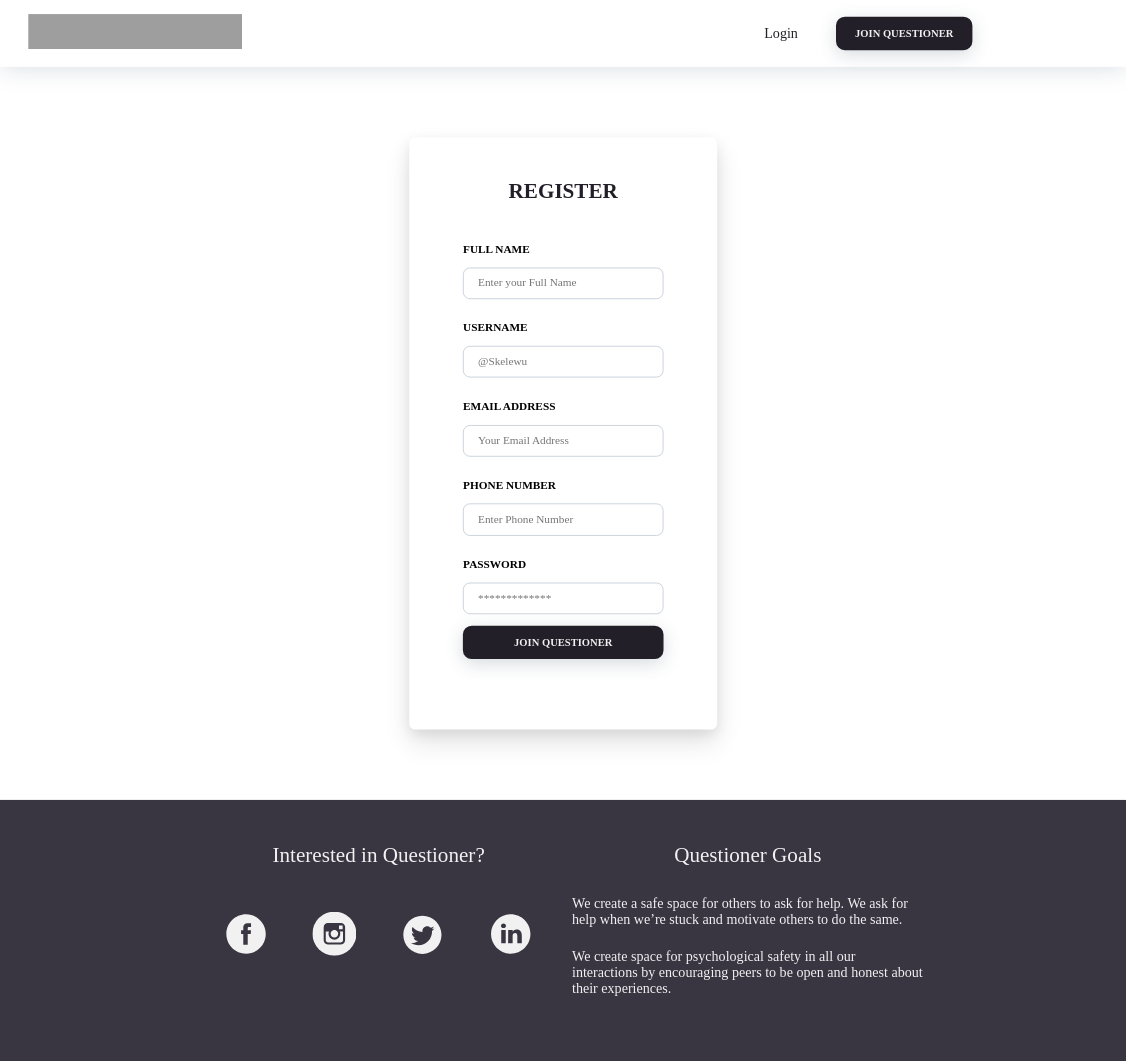
Repository: Gfreedoms/Epic-Mail
Page: pages/register.html
These files come from the project's save history. The page is drawn as it stood at one moment and after the next save; the edit follows.
The browser window is 1280 px wide. The pictures show the whole page, at 88% of full size.
Pictures or frames that could not be fetched are drawn as grey boxes. Some web fonts or font styles are not loaded; a fallback is used.

Above is the page before, as saved 2019-02-21 23:46:25.

### pages/register.html
<!DOCTYPE html>
<html lang="en">

<head>
	<meta charset="UTF-8">
	<meta name="viewport" content="width=device-width, initial-scale=1.0">
	<meta http-equiv="X-UA-Compatible" content="ie=edge">
	<link rel="apple-touch-icon" sizes="180x180" href="../assets/favicon/apple-touch-icon.png">
	<link rel="icon" type="image/png" sizes="32x32" href="../assets/favicon/favicon-32x32.png">
	<link rel="icon" type="image/png" sizes="16x16" href="../assets/favicon/favicon-16x16.png">
	<link rel="manifest" href="../assets/favicon/site.webmanifest">
	<link rel="mask-icon" href="../assets/favicon/safari-pinned-tab.svg" color="#5bbad5">
	<meta name="msapplication-TileColor" content="#da532c">
	<meta name="theme-color" content="#ffffff">
	<link rel="stylesheet" href="../styles/base.css">
	<link rel="stylesheet" href="../styles/format.css">
	<title>Register | QUESTIONER - ANDELA BOOTCAMP</title>
</head>

<body>
	<!-- Navigation Section Starts -->
	<section id="navigation">
		<nav class="navbar">
			<a href="../" id="nav-brand">
				<img src="../assets/imgs/logo.svg" alt="">
			</a>
			<ul class="nav-menu">
				<li class="visibility"><a class="hover-t" href="./meetup.html">Meetups</a></li>
				<li class="visibility"><a class="hover-t" href="./questions.html">Questions</a></li>
				<li><a class="hover-t" href="./login.html">Login</a></li>
				<li><a class="reg-btn box-sh-dark hover-lg" href="./register.html">Join Questioner</a></li>
			</ul>
			<a id="menu" href="">
				<img src="../assets/imgs/menu.svg" alt="">
			</a>
		</nav>
	</section>
	<!-- Navigation Section Ends -->

	<!-- SideBar Nav -->
	<ul id="sidebar" class="navbar-side side-hidden">
		<li><a href="./login.html">Login</a></li>
		<li><a class="" href="./register.html">Join Questioner</a></li>
	</ul>
	<!-- End SideBar Nav -->

	<div class="container">
		<div id="login-form" class="card mauto m4 p3">
			<form action="/" method="POST">
				<div class="container">
					<h3 class="md-text">Register</h3>
					<div class="m1 input">
						<label class="m1" for="name">Full Name</label>
						<input class="p1 b-rsm" type="text" name="fullName" placeholder="Enter your Full Name">
					</div>
					<div class="m1 input">
						<label class="m1" for="name">Username</label>
						<input class="p1 b-rsm" type="text" name="username" placeholder="@Skelewu">
					</div>
					<div class="m1 input">
						<label class="m1" for="name">Email Address</label>
						<input class="p1 b-rsm" type="email" name="email" placeholder="Your Email Address">
					</div>
					<div class="m1 input">
						<label class="m1" for="name">Phone Number</label>
						<input class="p1 b-rsm" type="text" name="phone" placeholder="Enter Phone Number">
					</div>
					<div class="m1 input">
						<label class="m1" for="name">Password</label>
						<input class="p1 b-rsm" type="password" name="password" placeholder="*************">
					</div>
					<div class="m2 input">
						<a class="reg-btn box-sh-dark hover-lg" href="./profile.html">Join Questioner</a>
					</div>
				</div>
			</form>
		</div>
	</div>

	<footer class="bg-secondary">
		<div class="container">
			<div class="info-about">
				<h3 class="md-text">Interested in Questioner?</h3>
				<div class="social-links">
					<a href="#!"><img src="../assets/imgs/icons/facebook.svg" alt=""></a>
					<a href="#!"><img src="../assets/imgs/icons/instagram.svg" alt=""></a>
					<a href="#!"><img src="../assets/imgs/icons/twitter.svg" alt=""></a>
					<a href="#!"><img src="../assets/imgs/icons/linkedin.svg" alt=""></a>
				</div>
			</div>
			<div class="additional-info">
				<h3 class="md-text">Questioner Goals</h3>
				<p class="sm-text">
					We create a safe space for others to ask for help.
					We ask for help when we’re stuck and motivate others to do the same.
				</p>
				<p class="sm-text">
					We create space for psychological safety in all our interactions by encouraging peers to be open and honest about
					their experiences.
				</p>
			</div>
		</div>
	</footer>
	<script src="../scripts/index.js"></script>
</body>

</html>

### styles/base.css
@import url('./fonts.css');

* {
	margin: 0;
	padding: 0;
	box-sizing: border-box;
}

a {
	color: #221F28;
	text-decoration: none;
}

#navigation {
	z-index: 1;
	background: #ffffff;
	/* background: #F1F1F2; */
	width: 100%;
	height: auto;
	padding: 1rem 2rem;
	box-shadow: 0 0 30px rgba(7, 51, 84, .17);
	-webkit-box-shadow: 0 0 30px rgba(7, 51, 84, .17);
	-moz-box-shadow: 0 0 30px rgba(7, 51, 84, .17);
}

#nav-brand img {
	height: 40px;
	width: 100%;
}

.navbar {
	display: grid;
	grid-template-columns: 20% 40%;
	grid-gap: 30%;
	align-items: center;
}

.navbar-side {
	height: 100%;
	background: #F1F1F2;
	position: absolute;
	z-index: 9999;
	width: 350px;
	/* box-shadow: 9px -1px 29px 1px; */
	box-shadow: 13px 0px 22px -10px rgba(35, 31, 41, 0.44);
	padding: 20px;
	list-style-type: none;
}

.navbar-side li {
	padding: 20px 10px;
}

.navbar-side li:hover {
	background: #221F28;
	color: #F1F1F2;
}

.navbar-side li:hover>a {
	color: #F1F1F2;
}

.navbar-side a {
	font-family: 'Circular-Book';
}

.navbar-side a:hover {
	color: #F1F1F2;
}

.side-hidden {
	margin-left: -390px;
	transition: all 0.3s ease-out;
}

.side-active {
	margin-left: 0px;
	transition: all 0.3s ease-in;
}

.nav-menu {
	list-style-type: none;
	display: flex;
	align-items: center;
}

.nav-menu li {
	justify-content: center;
	flex: auto;
	display: flex;
}

.nav-menu a {
	text-decoration: none;
}

.reg-btn {
	background: #221F28;
	color: #F1F1F2;
	padding: 0.8rem 1.2rem;
	line-height: 9px;
	font-weight: 600;
	text-transform: uppercase;
	font-size: 12px;
	border-radius: 10px;
	-webkit-border-radius: 10px;
	-moz-border-radius: 10px;
	display: block;
	transition: all .5s ease;
	-webkit-transition: all .5s ease;
	-moz-transition: all .5s ease;
	border: 2px solid #221F28;
}

.btn {
	background: #221F28;
	color: #F1F1F2;
	padding: 1.5rem 1rem;
	line-height: 9px;
	font-weight: 600;
	text-transform: uppercase;
	font-size: 1.5rem;
	border-radius: 10px;
	-webkit-border-radius: 10px;
	-moz-border-radius: 10px;
	display: block;
	transition: all .5s ease;
	-webkit-transition: all .5s ease;
	-moz-transition: all .5s ease;
	border: 2px solid #221F28;
	text-align: center;
}

.cta-btn {
	background: #F1F1F2;
	color: #221F28;
	font-family: 'Circular-Bold';
	margin: 2rem 0;
	padding: 0.8rem 1.2rem;
	line-height: 2rem;
	font-size: 2rem;
	font-weight: 600;
	text-transform: uppercase;
	font-size: 1rem;
	border-radius: 10px;
	-webkit-border-radius: 10px;
	-moz-border-radius: 10px;
	transition: all .5s ease;
	-webkit-transition: all .5s ease;
	-moz-transition: all .5s ease;
	border: 2px solid #F1F1F2;
}

.btn.sm {
	width: 40%
}

.box-sh-dark {
	-webkit-box-shadow: 0 5px 20px rgba(51, 73, 90, .2);
	box-shadow: 0 5px 20px rgba(51, 73, 90, .2);
}

#section-hero {
	padding-top: 130px;
	padding-bottom: 130px;
	background-color: #393541;
	background-image: url("data:[embedded picture, 478 characters]");
	background-attachment: fixed;
	background-size: cover;
	background-repeat: no-repeat;
	background-position: 50%;
	min-height: 600px;
	position: relative;
	width: 100%;
	display: flex;
	align-items: CENTER;
}

/* @media screen and (max-width:1680px) {} */

@media screen and (min-width: 1680px) {
	.rsvp span {
		padding: 1rem 1.4rem !important;
		color: white !important;
		border-radius: 6px !important;
		cursor: pointer !important;
	}

	.nav-menu a.hover-t {
		font-size: 1.7rem !important;
	}

	.meetups span {
		font-size: 1.4rem !important;
	}

	.m1 {
		margin-top: 3rem !important;
		margin-bottom: 0.6rem !important;
	}

	#section-hero {
		background-position: 50%;
	}

	.nav-menu a.hover-t {
		font-size: 1.3rem;
	}

	.nav-menu a {
		text-decoration: none;
		font-size: 1.1rem;
	}

	.reg-btn {
		padding: 1.5rem 1.6rem 1.5rem;
	}

	.bg-text {
		font-size: 4rem !important;
	}

	.md-text {
		font-size: 2.2rem !important;
		margin-bottom: 1rem !important;
	}

	.sm-text {
		font-size: 1.5rem !important;
	}
}

.container {
	width: 75%;
	margin: 0 auto;
}

.w-sm {
	width: 80% !important;
}

.w-md {
	width: 60% !important;
}

.w-lg {
	width: 40% !important;
}

.hero-text {
	height: 100%;
}

.bg-text,
.md-text,
.sm-text {
	color: #F1F1F2;
}

.bg-text {
	margin-bottom: 1.5rem;
	font-family: 'Circular-Bold';
	font-weight: 700;
	font-size: 3rem;
}

.md-text {
	margin-bottom: 2rem;
	font-family: 'Circular-Book';
	font-weight: 400;
	font-size: 1.5rem;
}

.sm-text {
	margin-bottom: 1.5rem;
	font-family: 'Circular-Light';
	font-weight: 400;
	font-size: 1rem;
}

.info-section,
.info-platform,
.info-expl {
	padding: 3rem 0;
	min-height: 50%;
}

.info-section,
.info-expl {
	background: #F1F1F2;
}

.info-platform {
	background: #C5CFD9;
}

.info-section .container,
.info-platform .container,
.info-expl .container {
	display: grid;
	grid-template-columns: 1fr 1fr;
	/* padding: 50px; */
}

.side {
	margin-top: 2rem;
	margin-bottom: 2rem;
	position: relative;
}

.info-section p,
.info-section h3,
.info-platform p,
.info-platform h3,
.info-expl p,
.info-expl h3 {
	color: #221F28;
}

.bg-primary {
	background: #221F28;
}

.bg-secondary {
	background: #393541;
}

.info-desc {
	flex: 1;
	align-items: center;
	display: flex;
	flex-direction: column;
	justify-content: center;
}

.info-action {
	text-align: center;
}

.card {
	border-radius: .45rem;
	background: #ffffff;
	box-shadow: 0 15px 30px 0 rgba(0, 0, 0, .11), 0 5px 15px 0 rgba(0, 0, 0, .08);
}

.card-lg {
	border-radius: .25rem;
	background: #ffffff;
	box-shadow: 0 15px 30px 0 rgba(0, 0, 0, .11), 0 5px 15px 0 rgba(0, 0, 0, .08);
}

.mauto {
	margin-left: auto;
	margin-right: auto;
}

.m4 {
	margin-top: 5rem;
	margin-bottom: 5rem;
}

.m3 {
	margin-top: 3rem;
	margin-bottom: 3rem;
}

.m2 {
	margin-top: 2rem;
	margin-bottom: 2rem;
}

.m1 {
	margin-top: 0.6rem;
	margin-bottom: 0.6rem;
}

.p4 {
	padding-top: 5rem;
	padding-bottom: 5rem;
}

.p3 {
	padding-top: 3rem;
	padding-bottom: 3rem;
}

.p2 {
	padding-top: 2rem;
	padding-bottom: 2rem;
}

.p1 {
	padding-top: 0.6rem;
	padding-bottom: 0.6rem;
}

.t-al {
	text-align: center !important;
}

form label {
	font-weight: 600;
	text-transform: uppercase;
	font-size: 0.8rem;
	font-family: 'Circular-Book';
}

form .reg-btn {
	text-align: center;
}

#login-form {
	width: 350px;
}

#login-form h3,
#q-wrapper h3 {
	color: #221F28;
	text-transform: uppercase;
	font-weight: 800;
	text-align: center;
	/* border-bottom: 4px solid #221F28; */
}

.input {
	display: grid;
	grid-template-columns: 1fr;
	margin-top: 10px;
}

.input input {
	padding-left: 1rem;
	padding-right: 1rem;
	font-family: 'Circular-Light';
	font-size: 0.8rem;
	border: 1px solid #C5CFD9;
	background: #ffffff;
}

.input textarea {
	padding-left: 1rem;
	padding-right: 1rem;
	font-family: 'Circular-Light';
	font-size: 0.8rem;
	border: 1px solid #C5CFD9;
	background: #ffffff;
}

.input select {
	border: 1px solid #C5CFD9;
	padding: 0.4rem 0.5rem;
	height: 2rem;
}

.b-rsm {
	border-radius: 8px;
}

#menu {
	display: none;
}

#menu img {
	height: 30px;
}

img {
	height: 15rem;
	width: auto;
}

footer {
	padding: 50px 10px;
}

footer .container {
	display: grid;
	grid-template-columns: 1fr 1fr;
	/* margin-bottom: 50px; */
	grid-gap: 20px;
}

footer h3 {
	/* padding-bottom: 1rem; */
	/* border-bottom: 4px solid #F1F1F2; */
	text-align: center;
}

.social-links {
	display: grid;
	grid-template-columns: 1fr 1fr 1fr 1fr;
	margin-top: 50px;
}

.social-links img {
	height: 50px;
}

.social-links a {
	text-align: center;
}

.info-about h3 {
	margin-bottom: 0 !important;
}

.b-danger {
	background: #F01D43 !important;
}

.b-mild {
	background: #80808094 !important;
	color: #ffffff !important;
}

.b-success {
	background: #00cea0 !important;
}

.b-wicked {
	background: #ff003b !important;
}

/*
.b-wicked {
	background: #6a1b9a !important;
} */

.header {
	display: grid;
	grid-template-columns: 1fr 1fr;
	align-items: center;
}

.hover-t:hover {
	color: purple;
}

.hover-lg:hover {
	cursor: pointer;
	transform: scale(1.009, 1.009);
	-webkit-box-shadow: 2px 2px 20px 0px rgba(128, 128, 128, 0.74);
	-moz-box-shadow: 2px 2px 20px 0px rgba(128, 128, 128, 0.74);
	box-shadow: 2px 2px 20px 0px rgba(128, 128, 128, 0.74);
	transition: all 0.8s cubic-bezier(0.165, 0.84, 0.44, 1);
}

.visibility {
	visibility: hidden;
}

/* MEDIA QUERIES */
@media all and (max-width: 850px) {
	.navbar {
		grid-template-columns: 20% 60%;
		grid-gap: 20%;
	}
}

@media all and (max-width: 850px) {
	.nav-menu {
		display: none;
	}

	#menu {
		display: block;
		text-align: right;
	}
}

@media all and (max-width: 1050px) {
	.navbar {
		grid-template-columns: 20% 60%;
		grid-gap: 20%;
	}
}

@media all and (max-width: 350px) {
	img {
		height: 12rem;
		width: auto;
	}

	.social-links img {
		height: 40px;
	}
}

@media all and (max-width: 670px) {
	.social-links {
		margin-top: 25px;
	}

	.info-about {
		margin-bottom: 25px;
	}

	.nav-menu {
		flex-wrap: wrap;
	}

	.nav-menu>li {
		flex-basis: 50%;
	}

	.info-section .container,
	.info-platform .container,
	.info-expl .container {
		grid-template-columns: 1fr;
	}

	footer .container {
		grid-template-columns: 1fr;
		grid-gap: 10px;
	}
}

@media all and (max-width: 400px) {
	.nav-menu>li {
		flex-basis: 100%;
	}

	.intro a {
		width: 100% !important;
	}

	.btn {
		background: #221F28;
		color: #F1F1F2;
		padding: 0.8rem 1rem;
		line-height: 9px;
		font-weight: 600;
		text-transform: uppercase;
		font-size: 1rem;
		border-radius: 10px;
	}
}

@media all and (min-width: 576px) {
	.hide-lg {
		display: none !important;
	}
}

@media all and (max-width: 576px) {
	.hide-sm {
		display: none !important;
	}
}

@media all and (max-width: 450px) {
	.container {
		width: 80%;
	}

	#login-form {
		width: auto;
	}
}

@media all and (max-width: 400px) {
	.hero-text {
		top: 40%;
		width: 70%;
		left: 10%;
	}

	.md-text {
		font-family: 'Circular-Book';
		margin-bottom: 1rem;
		font-weight: 100;
		font-size: 1.2rem;
	}

	form label {
		font-family: 'Circular-Light';
	}

	.f-bold {
		font-family: 'Circular-Book' !important;
	}

	.bg-text {
		margin-bottom: 1.3rem;
		font-family: 'Circular-Book';
		font-weight: 400;
		font-size: 2rem;
	}

	.cta-btn {
		font-size: 0.7rem;
		padding: 0.4rem 1rem;
	}
}

@media (min-width: 576px) {
	.w-auto {
		width: 75% !important;
	}

	.container {
		width: 85%;
	}
}

@media (min-width: 768px) {
	.w-auto {
		width: 40% !important;
	}

	.container {
		width: 85%;
	}
}

@media (min-width: 992px) {
	.w-auto {
		width: 35% !important;
	}

	.container {
		width: 70%;
	}
}

@media (min-width: 1200px) {
	.w-auto {
		width: 40% !important;
	}

	.container {
		width: 65%;
	}
}

/* END MEDIA QUERIES */

### styles/format.css
.is-danger {
	color: red;
}

.divider {
	height: 0.2rem;
	background: #221F28;
	opacity: 0.1;
	margin: 1rem auto;
	width: 100%;
}

table {
	width: 750px;
	border-collapse: collapse;
	margin: 50px auto;
}

/* Zebra striping */
tr:nth-of-type(odd) {
	background: #eee;
}

th {
	background: #221F28;
	color: white;
	font-weight: bold;
}

td,
th {
	padding: 10px;
	border: 1px solid #ccc;
	text-align: left;
	font-size: 18px;
}

@media only screen and (max-width: 760px),
(min-device-width: 768px) and (max-device-width: 1024px) {

	table {
		width: 100%;
	}

	/* Force table to not be like tables anymore */
	table,
	thead,
	tbody,
	th,
	td,
	tr {
		display: block;
	}

	thead tr {
		position: absolute;
		top: -9999px;
		left: -9999px;
	}

	tr {
		border: 1px solid #ccc;
	}

	td {
		border: none;
		border-bottom: 1px solid #eee;
		position: relative;
		padding-left: 50%;
	}

	td:before {
		position: absolute;
		/* Top/left values mimic padding */
		top: 6px;
		left: 6px;
		width: 45%;
		padding-right: 10px;
		white-space: nowrap;
		/* Label the data */
		content: attr(data-column);

		color: #000;
		font-weight: bold;
	}

	tbody tr {
		padding: 1rem;
	}
}

.m1 {
	margin-top: 0.8rem !important;
	margin-bottom: 0.8rem !important;
}

.pagination {
	text-align: center;
	margin: 2rem auto;
}

.pagination span {
	padding: 10px;
	border-radius: 2px;
	font-family: 'Circular-Book';
	font-weight: 600;
	font-size: 1rem;
	margin: 0 5px;
}

@media screen and (min-width: 1680px) {
	.reg-btn {
		padding: 1.5rem 1.6rem 1.5rem;
		font-size: 1rem;
	}

	.input {
		margin-top: 2rem;
	}

	.nav-menu a.hover-t {
		font-size: 1.4rem !important;
	}
}

### scripts/index.js
(function () {
  function togggleSidebar(e) {
    e.preventDefault();
    const sideBar = document.getElementById('sidebar');
    sideBar.classList.toggle('side-active');
    sideBar.classList.toggle('side-hidden');
  }
  const menu = document.getElementById('menu');
  menu.addEventListener('click', togggleSidebar, false);
}());

### styles/fonts.css
@font-face {
	font-family: "Circular-Light";
	src:
		url("../assets/fonts/Circular-Light.woff") format("woff");
}
@font-face {
	font-family: "Circular-Book";
	src:
		url("../assets/fonts/Circular-Book.woff") format("woff");
}
@font-face {
	font-family: "Circular-Bold";
	src:
		url("../assets/fonts/Circular-Bold.woff") format("woff");
}

* {
	font-family: 'Circular-Light';
}

After the next save:
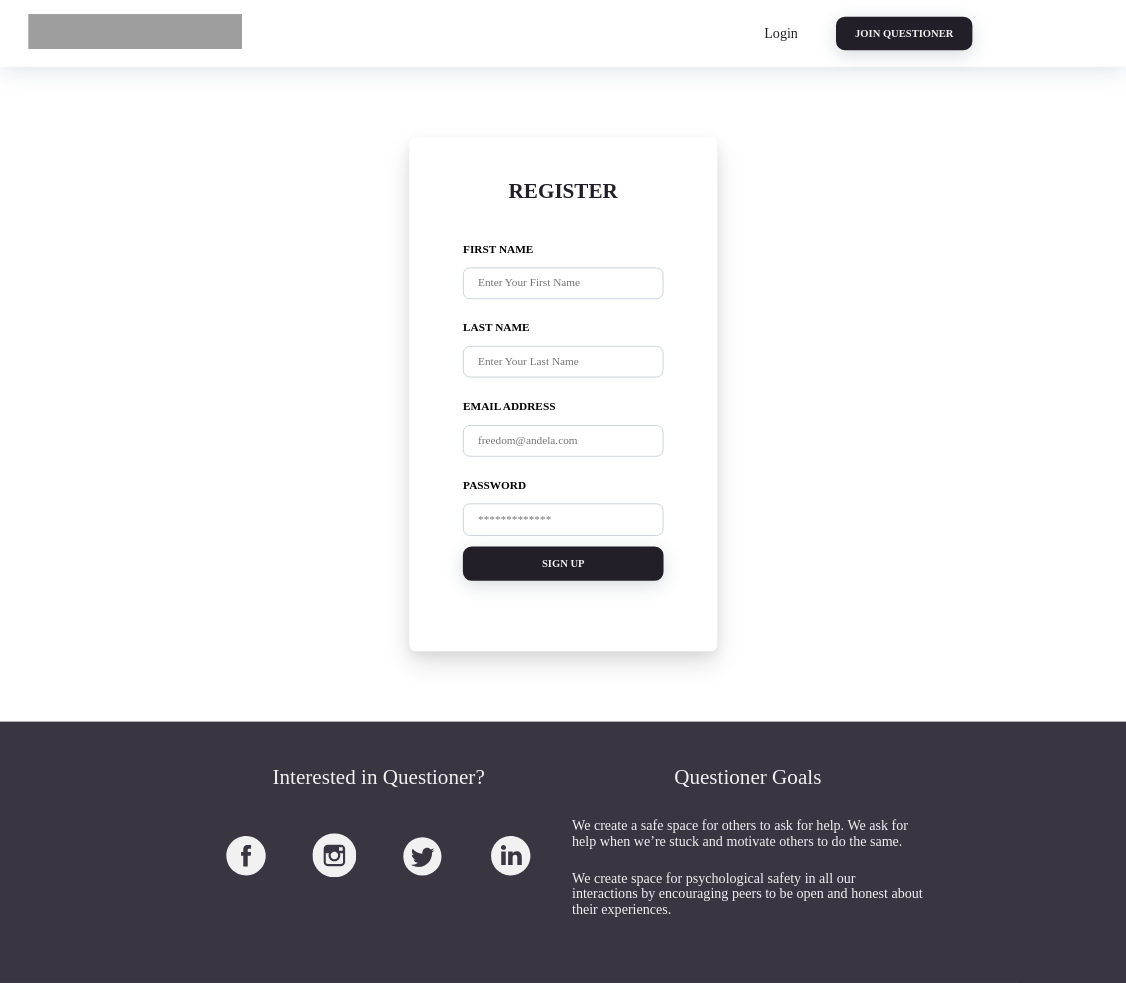
Saved 8 min 37 s later.
--- a/pages/register.html
+++ b/pages/register.html
@@ -50,27 +50,25 @@
 				<div class="container">
 					<h3 class="md-text">Register</h3>
 					<div class="m1 input">
-						<label class="m1" for="name">Full Name</label>
-						<input class="p1 b-rsm" type="text" name="fullName" placeholder="Enter your Full Name">
+						<label class="m1" for="name">First Name</label>
+						<input class="p1 b-rsm" type="text" name="fullName" placeholder="Enter Your First Name">
 					</div>
 					<div class="m1 input">
-						<label class="m1" for="name">Username</label>
-						<input class="p1 b-rsm" type="text" name="username" placeholder="@Skelewu">
+						<label class="m1" for="name">Last Name</label>
+						<input class="p1 b-rsm" type="text" name="fullName" placeholder="Enter Your Last Name">
 					</div>
+
 					<div class="m1 input">
 						<label class="m1" for="name">Email Address</label>
-						<input class="p1 b-rsm" type="email" name="email" placeholder="Your Email Address">
+						<input class="p1 b-rsm" type="email" name="email" placeholder="freedom@andela.com">
 					</div>
-					<div class="m1 input">
-						<label class="m1" for="name">Phone Number</label>
-						<input class="p1 b-rsm" type="text" name="phone" placeholder="Enter Phone Number">
-					</div>
+
 					<div class="m1 input">
 						<label class="m1" for="name">Password</label>
 						<input class="p1 b-rsm" type="password" name="password" placeholder="*************">
 					</div>
 					<div class="m2 input">
-						<a class="reg-btn box-sh-dark hover-lg" href="./profile.html">Join Questioner</a>
+						<a class="reg-btn box-sh-dark hover-lg" href="./profile.html">Sign Up</a>
 					</div>
 				</div>
 			</form>
